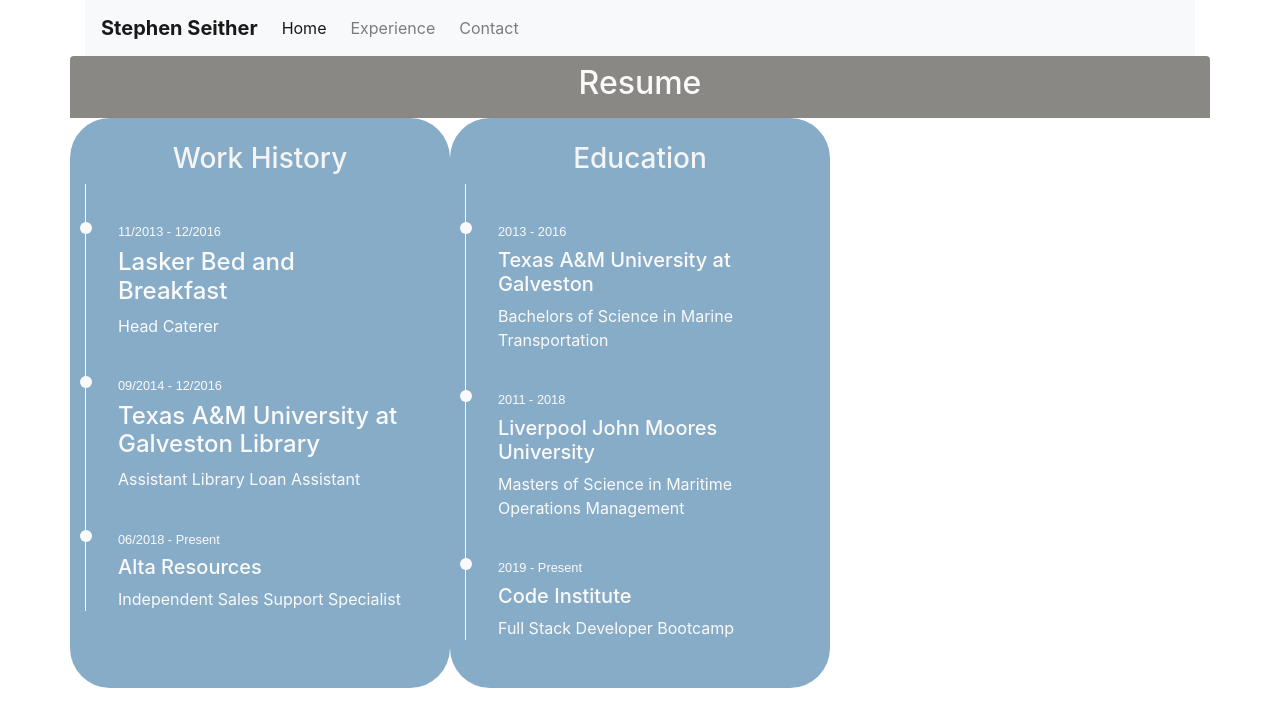
Repository: stephenseither/First-Milestone-Project
Page: experience.html
The author's editor kept a record of every edit. The page is drawn from the files as they stood at one moment, then again after the next edit.
The browser window is 1280 px wide. The pictures show the whole page.
Some web libraries are served in a nearby version.

Above is the page before.

### experience.html
<!DOCTYPE html>
<html lang="en">

<head>
    <meta charset="UTF-8">
    <meta name="viewport" content="width=device-width, initial-scale=1.0">
    <meta http-equiv="X-UA-Compatible" content="ie=edge">
    <link rel="stylesheet" href="https://stackpath.bootstrapcdn.com/bootstrap/4.3.1/css/bootstrap.min.css" integrity="sha384-ggOyR0iXCbMQv3Xipma34MD+dH/1fQ784/j6cY/iJTQUOhcWr7x9JvoRxT2MZw1T" crossorigin="anonymous">
    <link rel="stylesheet" href="https://use.fontawesome.com/releases/v5.10.2/css/all.css" integrity="sha384-rtJEYb85SiYWgfpCr0jn174XgJTn4rptSOQsMroFBPQSGLdOC5IbubP6lJ35qoM9" crossorigin="anonymous">
    <link rel="stylesheet" href="assets/css/style.css" type="text/css" />
    <title>Document</title>
</head>

<body>
    <div class="container">
        <div class="row">
            <div class="col">
                <nav class="navbar navbar-light bg-light navbar-expand-sm">
                    <a href="index.html" class="navbar-brand font-weight-bold">Stephen Seither</a>

                    <button class="navbar-toggler ml-auto" type="button" data-toggle="collapse" data-target="#navbarNavDropdown" aria-controls="navbarNavDropdown" aria-expanded="false" aria-label="Toggle navigation">
            <span class="navbar-toggler-icon"></span></button>

                    <div class="collapse navbar-collapse" id="navbarNavDropdown">
                        <ul class="navbar-nav mr-auto">
                            <li class="active nav-item mr-2"><a class="nav-link" href="index.html">Home</a></li>
                            <li class="nav-item mr-2"><a class="nav-link" href="experience.html">Experience</a></li>
                            <li class="nav-item mr-2"><a class="nav-link" href="contact.html">Contact</a></li>
                        </ul>
                    </div>
                </nav>
            </div>
        </div>
    </div>

    <div class="container">
        <div class="row">
            <div class="col resume rounded-top">
                <h2 class="uppercase">
                    Resume
                </h2>
            </div>
        </div>
    </div>

    <div class="container">
        <div class="row">
            <div class="col-md-4 bg-work-timeline pb-5 work-timeline">
                <div class="work-history pt-4">
                    <h3>Work History</h3>
                </div>
                <div class="history-items">
                     <div class="timeline-item" data-dates="11/2013 - 12/2016">
                        <h4> Lasker Bed and Breakfast</h4>
                        <p>Head Caterer</p>
                    </div>
                    <div class="timeline-item" data-dates="09/2014 - 12/2016">
                        <h4> Texas A&M University at Galveston Library </h4>
                        <p>Assistant Library Loan Assistant</p>
                    </div>

                    <div class="timeline-item" data-dates="06/2018 - Present">
                        <h5> Alta Resources</h4>
                        <p>Independent Sales Support Specialist</p>
                    </div>
                </div>
            </div>
            <div class="col-md-4 bg-school-timeline school-timeline pb-5">
                <div class="school pt-4">
                    <h3>Education</h3>
                </div>
                <div class="school-item" data-dates="2013 - 2016">
                    <h5>Texas A&M University at Galveston</h4>
                    <p>Bachelors of Science in Marine Transportation</p>
                </div>
                <div class="school-item" data-dates="2011 - 2018">
                    <h5>Liverpool John Moores University</h4>
                    <p>Masters of Science in Maritime Operations Management</p>
                </div>
                <div class="school-item" data-dates="2019 - Present">
                    <h5>Code Institute</h4>
                    <p>Full Stack Developer Bootcamp</p>
                </div>
            </div>
        </div>
    </div>


    <script src="https://code.jquery.com/jquery-3.3.1.slim.min.js" integrity="sha384-q8i/X+965DzO0rT7abK41JStQIAqVgRVzpbzo5smXKp4YfRvH+8abtTE1Pi6jizo" crossorigin="anonymous"></script>
    <script src="https://cdnjs.cloudflare.com/ajax/libs/popper.js/1.14.3/umd/popper.min.js" integrity="sha384-ZMP7rVo3mIykV+2+9J3UJ46jBk0WLaUAdn689aCwoqbBJiSnjAK/l8WvCWPIPm49" crossorigin="anonymous"></script>
    <script src="https://stackpath.bootstrapcdn.com/bootstrap/4.1.3/js/bootstrap.min.js" integrity="sha384-ChfqqxuZUCnJSK3+MXmPNIyE6ZbWh2IMqE241rYiqJxyMiZ6OW/JmZQ5stwEULTy" crossorigin="anonymous"></script>
</body>

</html>

### assets/css/style.css
/*---------------------------Media Queries---------------------- */

@media (hover: none) {
    .contact-info {
        background-color: #7395ae;
        opacity: 1.2;
    }
}


/*---------------------------BG Colors---------------------- */

.bg-header {
    background-color: #8a8884;
}

.about-me {
    background-color: #87acc7;
}

.photo {
    background-color: #87acc7;
}

.contact-info {
    background-color: #7395ae;
    opacity: 0.75;
    transition: opacity .5s ease-out, font-weight .25s ease-in-out;
    -moz-transition: opacity .5s ease-out, font-weight .25s ease-in-out;
    -webkit-transition: opacity .5s ease-out, font-weight .25s ease-in-out;
    color: #fafafa;
    font-weight: normal;
}

.contact-info:hover {
    opacity: 1.2;
    font-weight: bold;
}

.bg-work-timeline {
    background-color: #87acc7;
}

.bg-school-timeline {
    background-color: #87acc7;
}

/*---------------------------Header---------------------- */

.heading {
    text-align: center;
}

.name {
    margin-top: 60px;
    color: #fff;
}

.title {
    color: #e3e1e1;
    margin-bottom: 20px;
}

.social-links {
    margin-left: 40px;
}

.social-links li a i {
    width: 32px;
    height: 32px;
    padding: 12px 2px;
    border-radius: 50%;
    font-size: 13px;
    line-height: 7px;
    text-align: center;
    color: #fafafa;
    background: #8f8f8f;
    transition: all 0.35s ease-in-out, ;
    -moz-transition: all 0.35s ease-in-out;
    -webkit-transition: all 0.35s ease-in-out;
    -o-transition: all 0.35s ease-in-out;
}

.social-links li a i:hover {
    background-color: #b8784b;
    transform: scale(1.5);
    -webkit-transform: scale(1.5);
    -moz-transform: scale(1.5);
    -o-transform: scale(1.5);
}


/*---------------------------About Me---------------------- */

.about-me {
    border-width: 2px 4px;
    border-radius: 40px;
}

.about-me p {
    width: 80%;
    margin-left: 5px;
}

.photo {
    border-width: 2px 4px;
    border-radius: 40px;
}

/*---------------------------Contact Info---------------------- */

.personal-info-item {
    margin-bottom: 10px;
    display: block;
    clear: both;
    font-size: 20px;
}

.personal-info-item .title,
.personal-info-item .value {
    display: inline-block;
    padding-right: 15px;
}

/*--------------------------Work History---------------------- */

.resume {
    background-color: #8a8884;
    text-align: center;
    color: #fafafa;
    padding: 8px;
}

.work-history {
    color: #f5f5f5;
    text-align: center;
}

.work-timeline {
    border-width: 2px 4px;
    border-radius: 40px;
}

.timeline-item {
    padding: 4em 2em 0em 2em;
    position: relative;
    color: #fafafa;
    border-left: 1px solid;
}

.timeline-item p {
    padding: 0;
    margin: 0;
}

.timeline-item:before {
    content: attr(data-dates);
    position: absolute;
    left: 2.5em;
    top: 3em;
    display: block;
    font-family: "Exo", sans-serif;
    font-weight: 500;
    font-size: 0.8em;
    padding: 0;
    margin: 0;
}

.timeline-item:after {
    width: 12px;
    height: 12px;
    display: block;
    top: 2.4em;
    position: absolute;
    left: -6px;
    border-radius: 12px;
    content: '';
    background-color: #fafafa;
}


.school {
    color: #f5f5f5;
    text-align: center;
}

.school-item {
    padding: 4em 2em 0em 2em;
    position: relative;
    color: #fafafa;
    border-left: 1px solid;
}


.school-timeline {
    border-width: 2px 4px;
    border-radius: 40px;
}

.school-item p {
    padding: 0;
    margin: 0;
}

.school-item:before {
    content: attr(data-dates);
    position: absolute;
    left: 2.5em;
    top: 3em;
    display: block;
    font-family: "Exo", sans-serif;
    font-weight: 500;
    font-size: 0.8em;
    padding: 0;
    margin: 0;
}

.school-item:after {
    width: 12px;
    height: 12px;
    display: block;
    top: 2.4em;
    position: absolute;
    left: -6px;
    border-radius: 12px;
    content: '';
    background-color: #fafafa;
}


.footer {
    background-color: #525252;
    border-radius: 25px;
}

After the next edit:
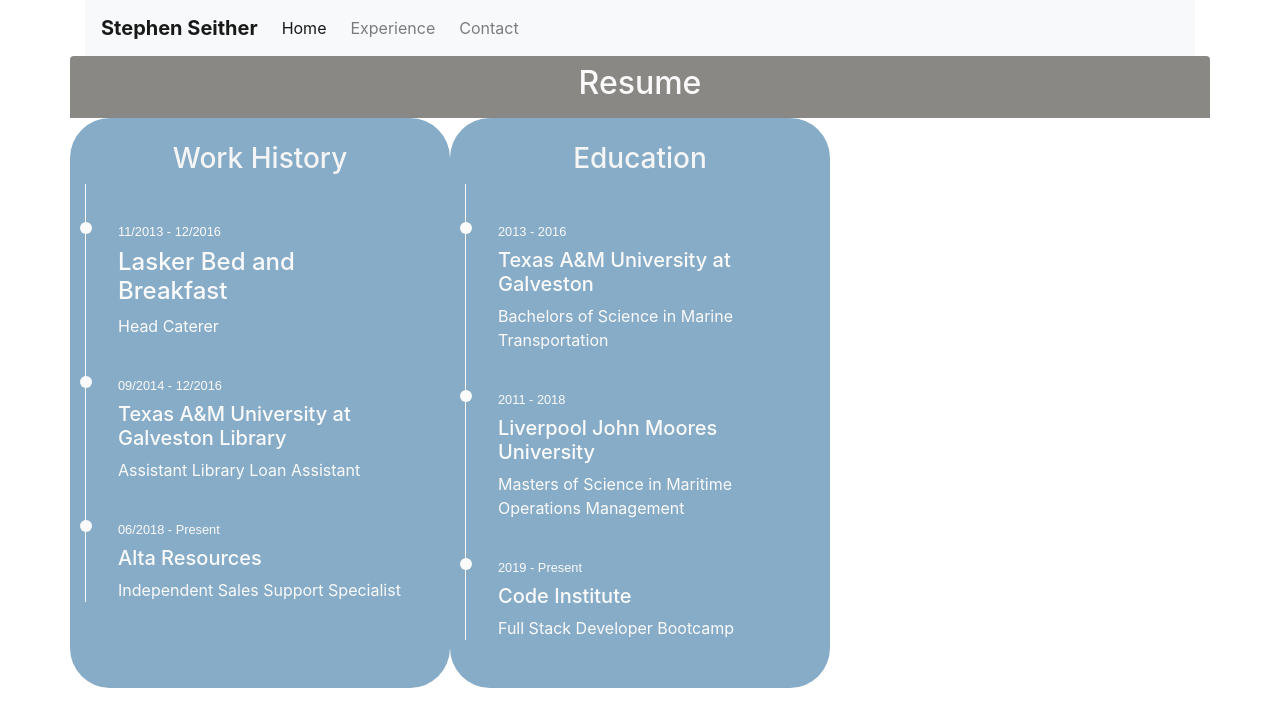
The edit:
--- a/experience.html
+++ b/experience.html
@@ -55,7 +55,7 @@
                         <p>Head Caterer</p>
                     </div>
                     <div class="timeline-item" data-dates="09/2014 - 12/2016">
-                        <h4> Texas A&M University at Galveston Library </h4>
+                        <h5> Texas A&M University at Galveston Library </h4>
                         <p>Assistant Library Loan Assistant</p>
                     </div>
 
